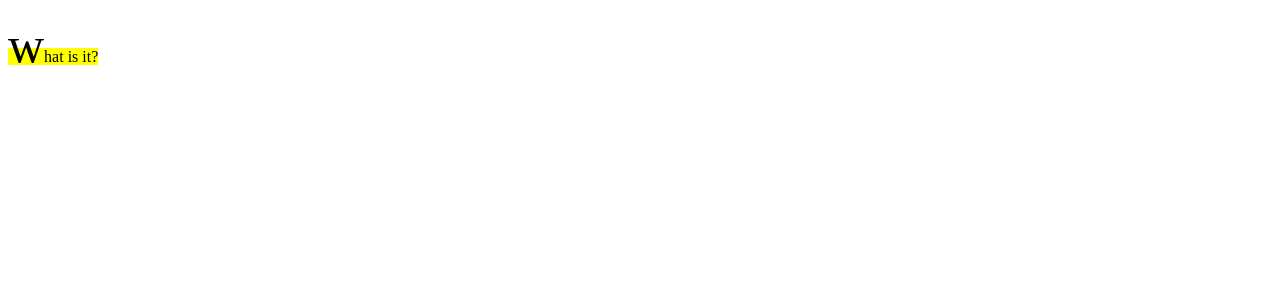
Repository: Romic77/css-test
Page: 伪元素的选择器.html
An editor plug-in stored every save of this project. The page is shown before and after the next save, followed by the edit.
The browser window is 1280 px wide. The pictures show the whole page.

Above is the page before, as saved 2022-09-02 22:23:08.

### 伪元素的选择器.html
<!DOCTYPE html>
<html lang="en">

<head>
    <meta charset="UTF-8">
    <meta http-equiv="X-UA-Compatible" content="IE=edge">
    <meta name="viewport" content="width=device-width, initial-scale=1.0">
    <title>Document</title>
    <style>
        /* 伪元素 ::开头
            ::first-letter 表示第一个字母
            ::first-line 表示第一行
            ::selection 表示选中的内容
        */

        p::first-letter {
            font-size: 50px;
        }


        p::first-line {
            background-color: yellow;
        }

        p::selection {
            background-color: red;
        }
    </style>
</head>

<body>

    <p>what is it?</p>

</body>

</html>

After the next save:
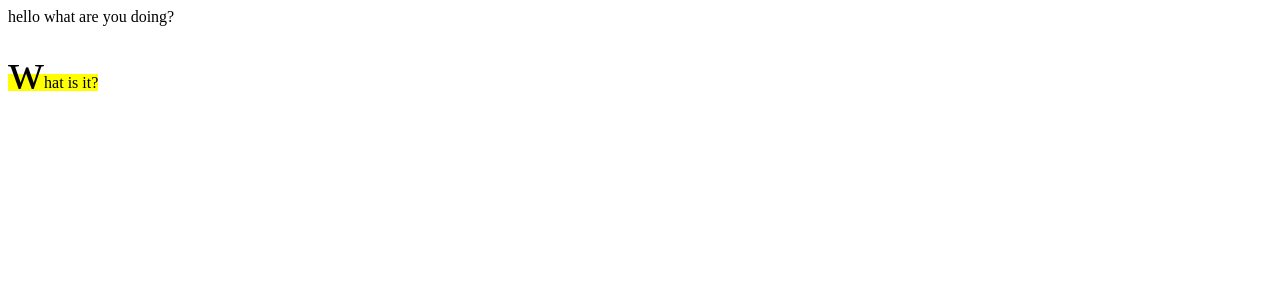
Saved 33 s later.
--- a/伪元素的选择器.html
+++ b/伪元素的选择器.html
@@ -30,6 +30,7 @@
 
 <body>
 
+    <div>hello what are you doing?</div>
     <p>what is it?</p>
 
 </body>
